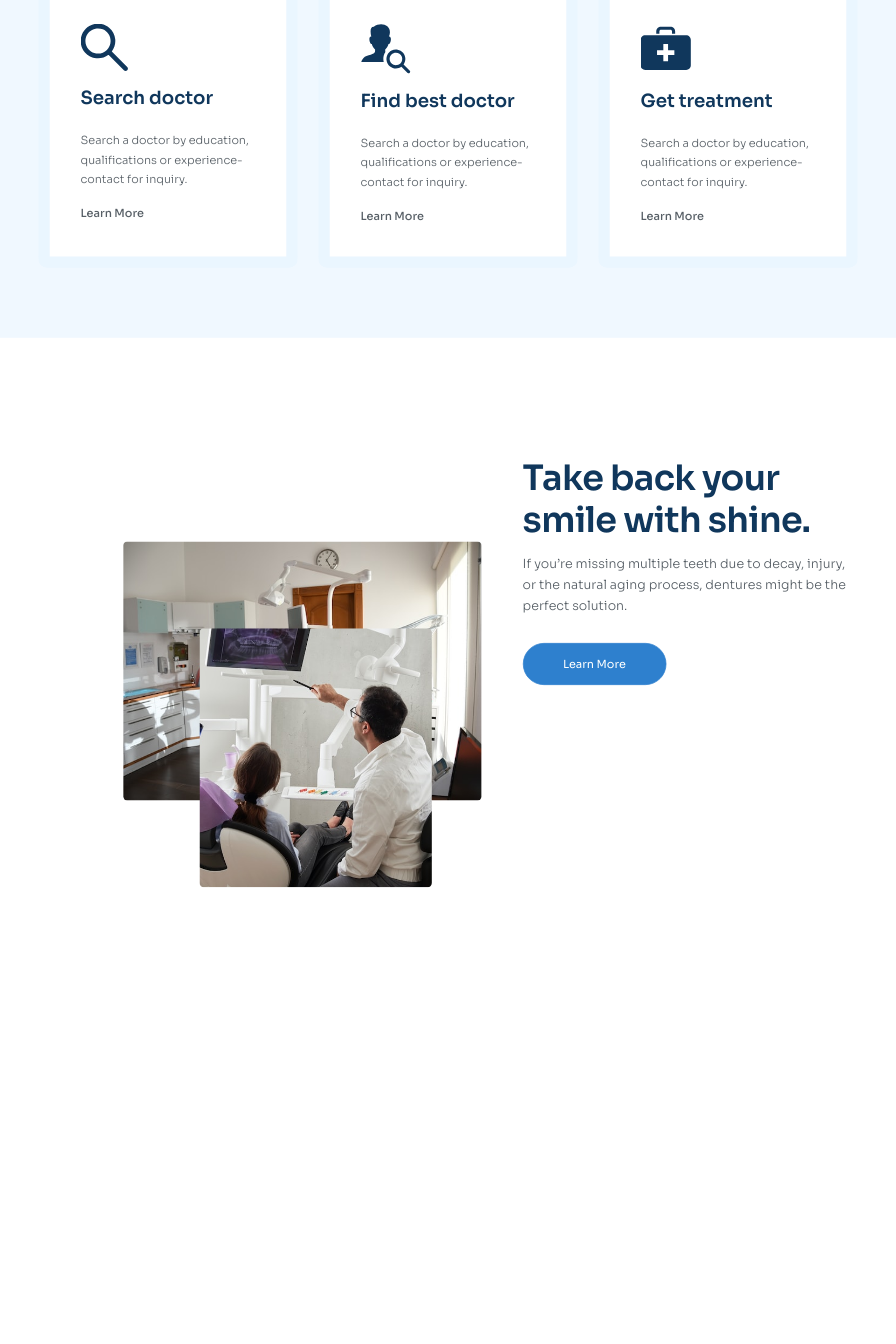
Repository: han2003dz/f8-project-03
Page: index.html
These files come from the project's save history. The page is drawn as it stood at one moment and after a run of saves; the edit follows.
The browser window is 1280 px wide. The pictures show the part of the page from y = 2221 to 4141 px (the page is 6000 px tall), at 70% of full size.

Above is the page before, as saved 2023-05-06 22:39:08.

After the next 3 saves:
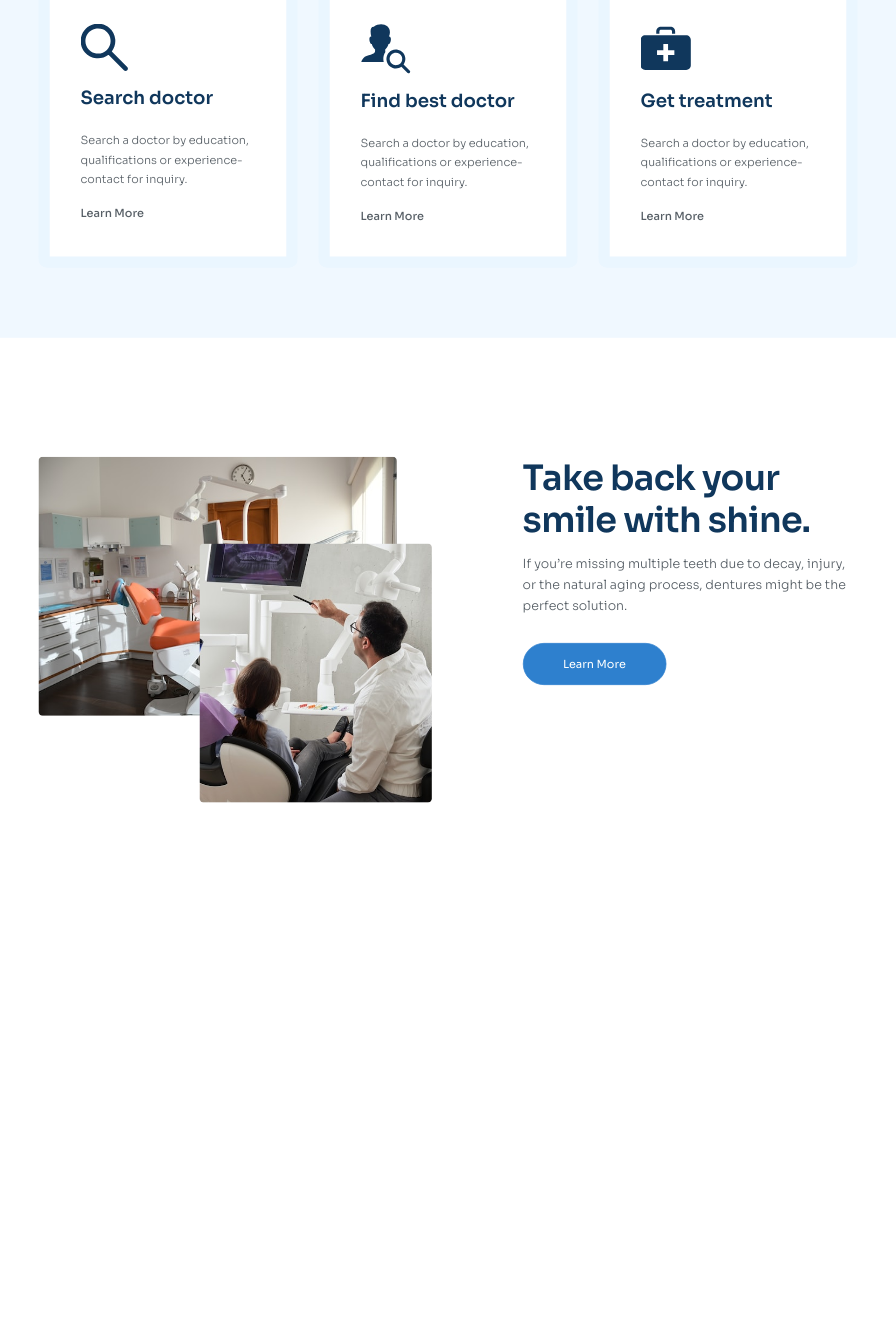
The 3 saves are shown as one change because they came seconds apart.
The last was saved 9 s later.
--- a/assets/css/style.css
+++ b/assets/css/style.css
@@ -361,7 +361,7 @@ a {
 }
 .feature__images {
   position: relative;
-  padding: 121px;
+  padding: 0 58px 121px 0;
 }
 .feature__img {
   width: 512px;
